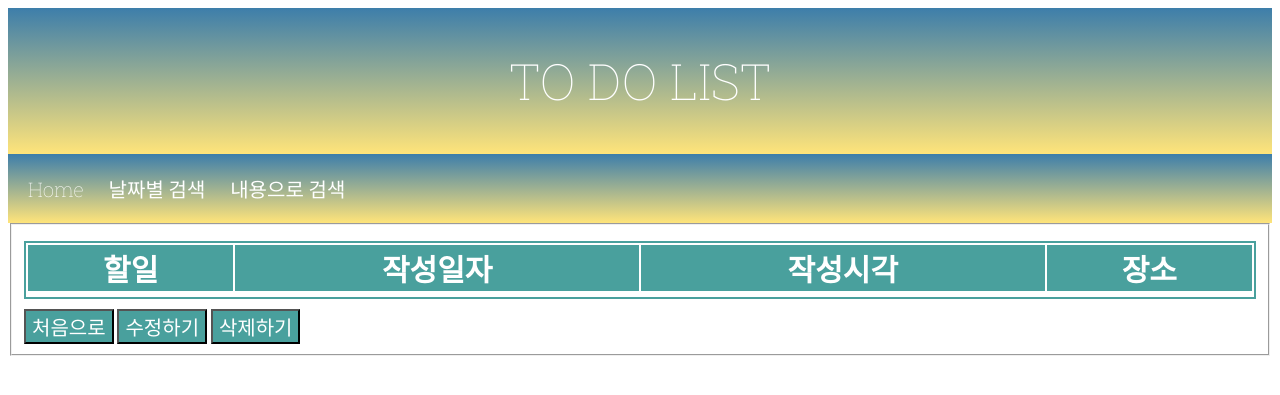
Repository: kimyoungjin98/Exam_Project
Page: http://localhost/Server_PR_TodoList/WEB-INF/views/view.jsp
The author's editor kept a copy of each file at every save. The page is drawn from the files as they stood at one save, then again after the next save.
The browser window is 1280 px wide. The pictures show the whole page.
Some web fonts or font styles are not loaded; a fallback is used. The page is served by Tomcat 9. Nobody is signed in. Other server files are loaded and not shown. The template is opened directly, without the code that normally fills it, so the values that code supplies are empty.

Above is the page before, as saved 2021-05-25 02:17:30.
Console error: SyntaxError: Unexpected token '}'

### Server_PR_TodoList/src/main/webapp/WEB-INF/views/view.jsp
<%@ page language="java" contentType="text/html; charset=UTF-8"
	pageEncoding="UTF-8"%>
<%@ taglib uri="http://java.sun.com/jsp/jstl/core" prefix="c"%>
<c:set value="${pageContext.request.contextPath}" var="rootPath" />
<!DOCTYPE html>
<html>
<head>
<meta charset="UTF-8">
<title>Insert title here</title>
</head>
<script>
document.addEventListener("DOMContentLoaded",function(ev){
	document.querySelector("fieldset")
	.addEventListener("click", function(ev){

		let cName = ev.target.className

		if(cName == "home"){

			document.location.href="${rootPath}"

		} else if (cName == "update"){

			document.location.href="${rootPath}/todo/update?td_seq=" + ${TD.td_seq}

		} else if (cName == "delete"){

			if(confirm("삭제 하시겠습니까?")){

				document.location.href="${rootPath}/todo/delete?td_seq=" + ${TD.td_seq}

			}


		}

	})
})
</script>
<style>
@import url('https://fonts.googleapis.com/css2?family=Nanum+Myeongjo&family=Roboto+Slab:wght@100;600&display=swap');
* {
		font-family: 'Nanum Myeongjo', serif;
		font-family: 'Roboto Slab', serif;
	}

	tbody{
		background-color: white;
	}

	table {
		border:2px solid #49a09d;
		width:100%;
		margin:10px auto;
		text-align: center;
		font-size:30px;
		background-color: white;
	}

	table th {

		background-color:#49a09d;
		color:white;
	}

	button{
		background-color: #49a09d;
		color:white;
		font-size:20px;
		cursor:pointer;
	}
</style>
<body>
<%@ include file="/WEB-INF/views/banner.jsp" %>

<fieldset>
	<table>
		<th>할일</th>
		<th>작성일자</th>
		<th>작성시각</th>
		<th>장소</th>
		<tr data-set="${TD.td_seq}">
			<td>${TD.td_content}</td>
			<td>${TD.td_date}</td>
			<td>${TD.td_time}</td>
			<td>${TD.td_place}</td>
		</tr>
	</table>

	<button class="home">처음으로</button>
	<button class="update">수정하기</button>
	<button class="delete">삭제하기</button>

</fieldset>

</form>
</body>
</html>

### Server_PR_TodoList/src/main/webapp/WEB-INF/views/banner.jsp
<%@ page language="java" contentType="text/html; charset=UTF-8"
    pageEncoding="UTF-8"%>
<%@ taglib uri="http://java.sun.com/jsp/jstl/core" prefix="c"%>
<c:set value="${pageContext.request.contextPath}" var="rootPath" />
<!DOCTYPE html>
<html>
<head>
<meta charset="UTF-8">
<title>Insert title here</title>
</head>
<script type="text/javascript">
document.addEventListener("DOMContentLoaded", function(){
	document.querySelector("nav").addEventListener("click",function(ev){

		let name = ev.target.textContent

		if(name == "Home"){

			document
			.location
			.href="${rootPath}"


		}


	})

})

</script>
<style>
@import url('https://fonts.googleapis.com/css2?family=Nanum+Myeongjo&family=Roboto+Slab:wght@100;600&display=swap');
* {
		font-family: 'Nanum Myeongjo', serif;
		font-family: 'Roboto Slab', serif;
	}

nav li:hover {

	cursor:pointer;

}

h1 {
	margin:auto;
	text-align: center;
	font-size:50px;
	background:linear-gradient(to bottom, #3d7eaa, #ffe47a);

	color:white;
	padding:40px;
	font-weight: lighter;

}

nav {

	background:linear-gradient(to bottom, #3d7eaa, #ffe47a);

	color:white;

	font-size:20px;


}

nav ul{
	margin:0px;
	padding:10px;
}

nav li{
	display:inline-block;
	list-style:none;
	padding:10px;
	margin:0;
}


</style>
<body>
	<h1>TO DO LIST</h1>

	<nav>
	<ul>
	<li>Home</li>
	<li>날짜별 검색</li>
	<li >내용으로 검색</li>

	</ul>


	</nav>
</body>
</html>

After the next save:
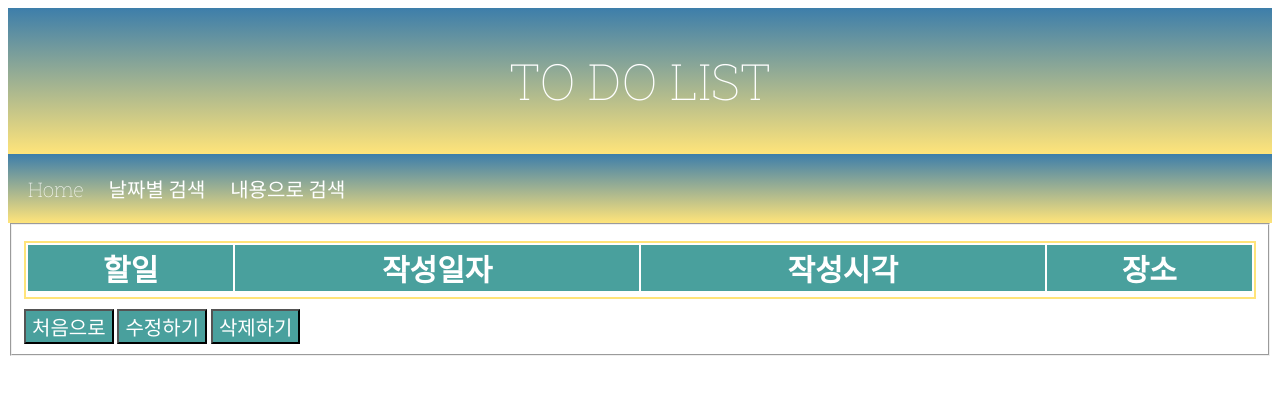
Saved 6 s later.
--- a/Server_PR_TodoList/src/main/webapp/WEB-INF/views/view.jsp
+++ b/Server_PR_TodoList/src/main/webapp/WEB-INF/views/view.jsp
@@ -49,7 +49,7 @@ document.addEventListener("DOMContentLoaded",function(ev){
 	}
 
 	table {
-		border:2px solid #49a09d;
+		border:2px solid #ffe47a;
 		width:100%;
 		margin:10px auto;
 		text-align: center;
